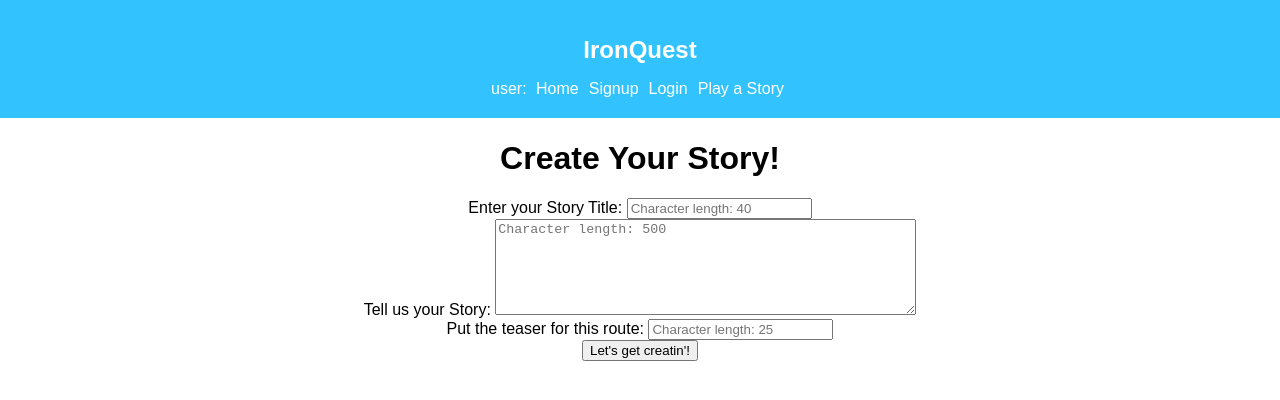
Repository: MikeTroianello/project4
Page: /createstory (app in client/)
An editor plug-in stored every save of this project. The page is shown before and after the next save, followed by the edit.
The browser window is 1280 px wide. The pictures show the whole page.
The project was rebuilt for these pictures with package versions that can differ from the ones it lists, and the page was loaded fresh each time. Also part of the build but not shown: client/src/components/pages/StoryPage.jsx, client/src/components/pages/ReadStory.jsx, client/src/components/pages/Home.jsx, client/src/components/pages/Login.jsx, client/src/components/pages/Signup.jsx.

Above is the page before, as saved 2019-03-21 11:38:32.

### client/public/index.html
<!DOCTYPE html>
<html lang="en">

<head>
  <meta charset="utf-8">
  <meta name="viewport" content="width=device-width, initial-scale=1, shrink-to-fit=no">
  <meta name="theme-color" content="#000000">
  <!--
      manifest.json provides metadata used when your web app is added to the
      homescreen on Android. See https://developers.google.com/web/fundamentals/engage-and-retain/web-app-manifest/
    -->
  <!-- <link rel="manifest" href="%PUBLIC_URL%/manifest.json"> -->
  <link rel="shortcut icon" href="%PUBLIC_URL%/favicon.ico">
  <!--
      Notice the use of %PUBLIC_URL% in the tags above.
      It will be replaced with the URL of the `public` folder during the build.
      Only files inside the `public` folder can be referenced from the HTML.

      Unlike "/favicon.ico" or "favicon.ico", "%PUBLIC_URL%/favicon.ico" will
      work correctly both with client-side routing and a non-root public URL.
      Learn how to configure a non-root public URL by running `npm run build`.
    -->
  <title>MERN Boilerplate</title>
</head>

<body>
  <noscript>
    You need to enable JavaScript to run this app.
  </noscript>
  <div id="root"></div>
  <!--
      This HTML file is a template.
      If you open it directly in the browser, you will see an empty page.

      You can add webfonts, meta tags, or analytics to this file.
      The build step will place the bundled scripts into the <body> tag.

      To begin the development, run `npm start` or `yarn start`.
      To create a production bundle, use `npm run build` or `yarn build`.
    -->
</body>

</html>

### client/src/index.js
import React from 'react';
import ReactDOM from 'react-dom';
import './index.scss';
import { BrowserRouter as Router } from 'react-router-dom';
import App from './components/App.jsx';
// import registerServiceWorker from './registerServiceWorker';

ReactDOM.render(<Router><App /></Router>, document.getElementById('root'));
// registerServiceWorker();

### client/src/index.scss
// --------------------
// Definition of variables
$primary: #32c3ff;


// ----------------------------------------
// To install Boostrap:
// 1) Run in the client folder: $ npm i bootstrap
// 2) Import bootstrap with the following line
// @import '../node_modules/bootstrap/scss/bootstrap.scss';
//
// To install Reactstrap:
// 1) Run in the client folder: $ npm i reactstrap
// 2) Go to the official documentation and take some examples: https://reactstrap.github.io/
// import { Button } from 'reactstrap';
// <Button color="danger">Danger!</Button>
// ----------------------------------------


// --------------------
// Style reusable for all components
body {
  margin: 0;
  padding: 0;
  font-family: sans-serif;
}

.info {
  margin: 20px;
  padding: 10px 20px;
  border-radius: 10px;
  display: inline-block;
  background-color: #5776e9;
  color: white;
}

.info.info-danger {
  background-color: #e73f3f;
}

// --------------------
// Style for App component
.App {
  text-align: center;

  .App-logo {
    animation: App-logo-spin infinite 20s linear;
    height: 80px;
  }

  .App-header {
    background-color: $primary;
    padding: 20px;
    color: white;

    a {
      color: white;
      padding: 0 5px;
      text-decoration: unset;
    }

    a.active {
      font-weight: bold;
    }
  }

  .App-title {
    font-size: 1.5em;
  }

  .App-intro {
    font-size: large;
  }

  @keyframes App-logo-spin {
    from {
      transform: rotate(0deg);
    }

    to {
      transform: rotate(360deg);
    }
  }
}

// --------------------
// Style for Home component
.Home {
  p {
    font-size: 1.2em;
  }
}

// --------------------
// Style for Secret component
.Secret {
  .result {
    font-size: 1.2em;
    color: $primary;
  }
}

.storyText{
    height:200px;
    font-size:14pt;
}

### client/src/components/App.jsx
import React, { Component } from 'react';
import { Route, Link, NavLink, Switch } from 'react-router-dom';
import Home from './pages/Home';
import CreateStory from './pages/CreateStory';
import Login from './pages/Login';
import Signup from './pages/Signup';
import api from '../api';
import ReadStory from './pages/ReadStory'
import StoryPage from './pages/StoryPage'

export default class App extends Component {
  state = {
    user: {},
  }

  componentDidMount() {
    this.setUser()
  }

  setUser = () => {
    if (api.isLoggedIn()) {
      this.setState({ user: api.getLocalStorageUser() })
    } else {
      this.setState({ user: {} })

    }
  }

  handleLogoutClick(e) {
    api.logout()
    //this.setState({user:null})
    this.setUser()

  }

  render() {
    return (
      <div className="App">
        <header className="App-header">
          <h1 className="App-title">IronQuest</h1>
          user: {this.state.user.username}
          <NavLink to="/" exact>Home</NavLink>
          {!api.isLoggedIn() && <NavLink to="/signup">Signup</NavLink>}
          {!api.isLoggedIn() && <NavLink to="/login">Login</NavLink>}
          {api.isLoggedIn() && <Link to="/" onClick={(e) => this.handleLogoutClick(e)}>Logout</Link>}
          <NavLink to="/readstory">Play a Story</NavLink>
        </header>
        <Switch>


        <Route
            exact
            path='/'
            render={(props) => <Home {...props}  setUser={this.setUser} />}
          />
          <Route
            path='/signup'
            render={(props) => <Signup {...props} setUser={this.setUser} />}
          />
          <Route
            path='/login'
            render={(props) => <Login {...props} setUser={this.setUser}/>}
          />
          <Route
            path='/createstory'
            render={(props) => <CreateStory {...props} setUser={this.setUser}/>}
          />
          <Route
            path='/readstory'
            render={(props) => <ReadStory {...props} setUser={this.setUser}/>}
          />
          <Route
            path='/story/:id'
            render={(props) => <StoryPage {...props} setUser={this.setUser}/>}
          />
          <Route render={() => <h2>404</h2>} />


        </Switch>
      </div>
    );
  }
}

### client/src/components/pages/CreateStory.jsx
import React, { Component } from 'react';
import api from '../../api';
import Axios from 'axios';
import { SERVER_URL } from '../../config'
import currentStory from './StoryPage'

//THIS PAGE IS CALLED TO CREATE NEW STORIES. SHOULD NOT SHOW UP ON ITS OWN

export default class CreateStory extends Component {
  constructor(props) {
    super(props)
    this.state = {
      title: "",
      content: "",
      creatorId: "",
      teaser: "",
      message: null,
    }
    this.handleInputChange = this.handleInputChange.bind(this)
  }

  handleInputChange(event) {
    this.setState({
      [event.target.name]: event.target.value
    })
  }

  handleSubmit = (event) => {
    event.preventDefault()
    console.log("the event", event.target)
    let storyToSave = {
      title:event.target.title.value,
      content:event.target.content.value,
      teaser:event.target.teaser.value,
      pageNumber:1,
      idOfLastPage: null
    }
    Axios.post(`${SERVER_URL}/createstory`, storyToSave).then(res=>{
      console.log('post successful',res.data)

      console.log(this)
      this.props.history.push(`/story/${res.data._id}`)
      window.location.reload()
      //window.location.reload(`/story/${res.data._id}`);
    })
  }
  render(){
    console.log("Find Values", this.state)
    console.log("DID THIS WORK?", currentStory)
    return (
      <div className="CreateStory">
        <h1>Create Your Story!</h1>
        <form onSubmit={this.handleSubmit}>
          Enter your Story Title: <input
            type="text"
            maxLength="40"
            value={this.state.title}
            name="title"
            placeholder="Character length: 40"
            onChange={this.handleInputChange}
            /> <br></br>
          Tell us your Story: <textarea
            rows="6"
            cols="50"
            maxLength="500"
            value={this.state.content}
            name="content"
            placeholder="Character length: 500"
            onChange={this.handleInputChange}
            /> <br></br>
          Put the teaser for this route: <input
            type="text"
            maxLength="25"
            value={this.state.teaser}
            name="teaser"
            placeholder="Character length: 25"
            onChange={this.handleInputChange}
            /> <br></br>
          {/* <button onClick={(e) => this.handleClick}>Let's get creatin'!</button> */}
          <button>Let's get creatin'!</button>

        </form>
        {/* <h3>(Note: this button is when you want to create a new story.)</h3> */}
      </div>
    )
  }
}

### client/src/api.js
import axios from 'axios'
axios.defaults.withCredentials = true


const service = axios.create({
  baseURL: process.env.NODE_ENV === 'production' ? '/api' : 'http://localhost:5000/api',
  withCredentials: true
})

const errHandler = err => {
  console.error(err)
  if (err.response && err.response.data) {
    console.error("API response", err.response.data)
    throw err.response.data.message
  }
  throw err
}

export default {
  service: service,

  // This method is synchronous and returns true or false
  // To know if the user is connected, we just check if we have a value for localStorage.getItem('user')
  isLoggedIn() {
    return localStorage.getItem('user') != null
  },

  // This method returns the user from the localStorage
  // Be careful, the value is the one when the user logged in for the last time
  getLocalStorageUser() {
    return JSON.parse(localStorage.getItem('user'))
  },

  // This method signs up and logs in the user
  signup(userInfo) {
    return service
      .post('/signup', userInfo)
      .then(res => {
        // If we have localStorage.getItem('user') saved, the application will consider we are loggedin
        localStorage.setItem('user', JSON.stringify(res.data))
        return res.data
      })
      .catch(errHandler)
  },

  login(username, password) {
    return service
      .post('/login', {
        username,
        password,
      })
      .then(res => {
        // If we have localStorage.getItem('user') saved, the application will consider we are loggedin
        localStorage.setItem('user', JSON.stringify(res.data))
        return res.data
      })
      .catch(errHandler)
  },

  logout() {
    localStorage.removeItem('user')
    return service
      .get('/logout')
  },

  // This is an example on how to use this method in a different file
  // api.getCountries().then(countries => { /* ... */ })

}

### client/src/config.js
export const SERVER_URL = process.env.NODE_ENV === 'production' ? 'https://ironquest.herokuapp.com/api' : 'http://localhost:5000/api'

After the next save:
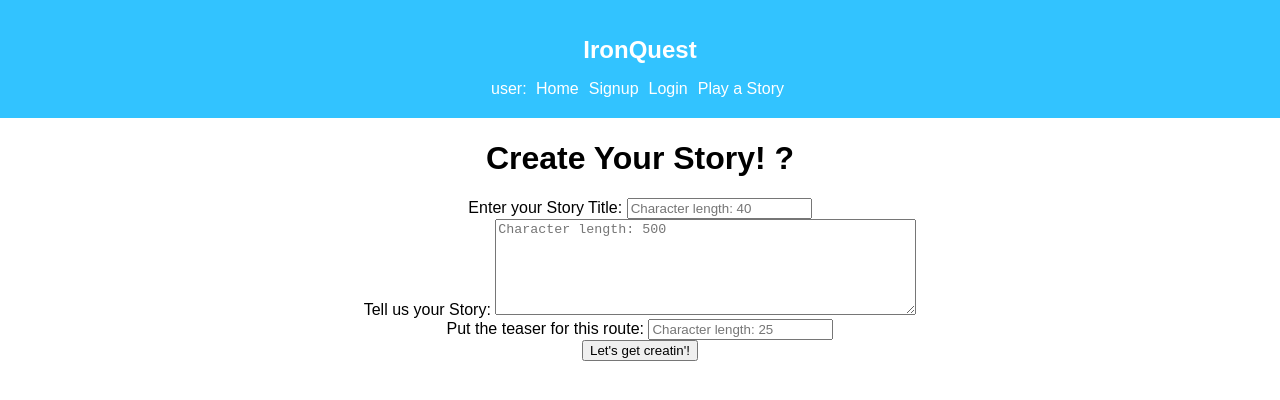
Saved 3 min 44 s later.
--- a/client/src/components/pages/CreateStory.jsx
+++ b/client/src/components/pages/CreateStory.jsx
@@ -46,10 +46,10 @@
   }
   render(){
     console.log("Find Values", this.state)
-    console.log("DID THIS WORK?", currentStory)
+    console.log("DID THIS WORK?", this)
     return (
       <div className="CreateStory">
-        <h1>Create Your Story!</h1>
+        <h1>Create Your Story!  {this.props.pageNumber}?</h1>
         <form onSubmit={this.handleSubmit}>
           Enter your Story Title: <input
             type="text"

After the save that followed:
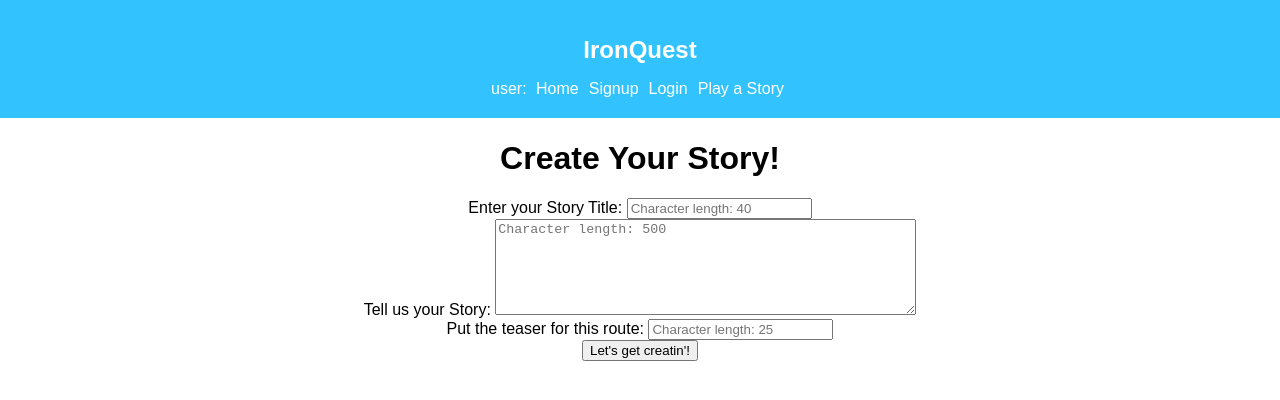
Saved 31 s later.
--- a/client/src/components/pages/CreateStory.jsx
+++ b/client/src/components/pages/CreateStory.jsx
@@ -46,10 +46,10 @@
   }
   render(){
     console.log("Find Values", this.state)
-    console.log("DID THIS WORK?", this)
+    console.log("DID THIS WORK?", currentStory)
     return (
       <div className="CreateStory">
-        <h1>Create Your Story!  {this.props.pageNumber}?</h1>
+        <h1>Create Your Story!</h1>
         <form onSubmit={this.handleSubmit}>
           Enter your Story Title: <input
             type="text"
